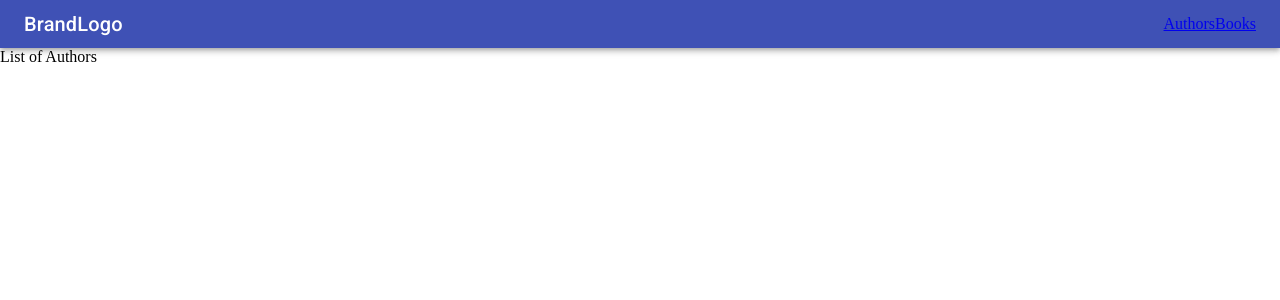
Repository: Sociophuck/00007494
Page: /authors (app in front/)
An editor plug-in stored every save of this project. The page is shown before and after the next save, followed by the edit.
The browser window is 1280 px wide. The pictures show the whole page.
The project was rebuilt for these pictures with package versions that can differ from the ones it lists, and the page was loaded fresh each time. Also part of the build but not shown: front/src/App.css, front/src/Book.js, front/src/Home.js.

Above is the page before, as saved 2021-04-04 10:57:16.

After the next save:
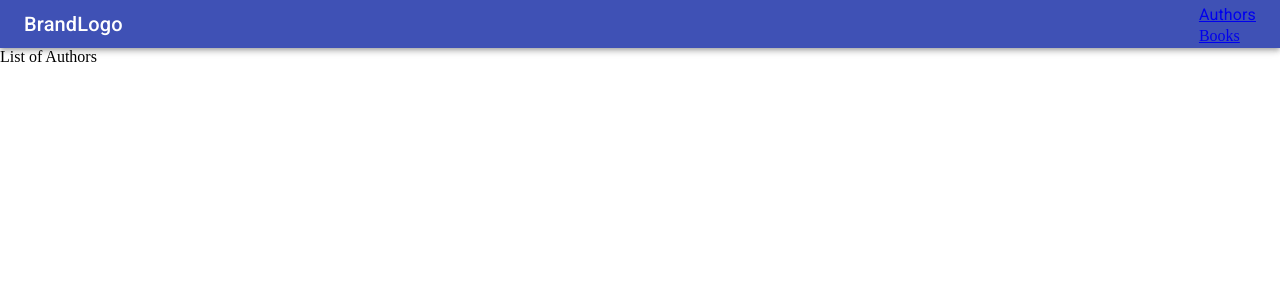
Saved 35 s later.
--- a/front/src/NavBar.js
+++ b/front/src/NavBar.js
@@ -25,7 +25,9 @@ function NavBar() {
             BrandLogo
           </Typography>
           <div>
-            <Link to="/authors">Authors</Link>
+            <Link to="/authors">
+              <Typography>Authors</Typography>
+            </Link>
             <Link to="/books">Books</Link>
           </div>
         </Toolbar>
